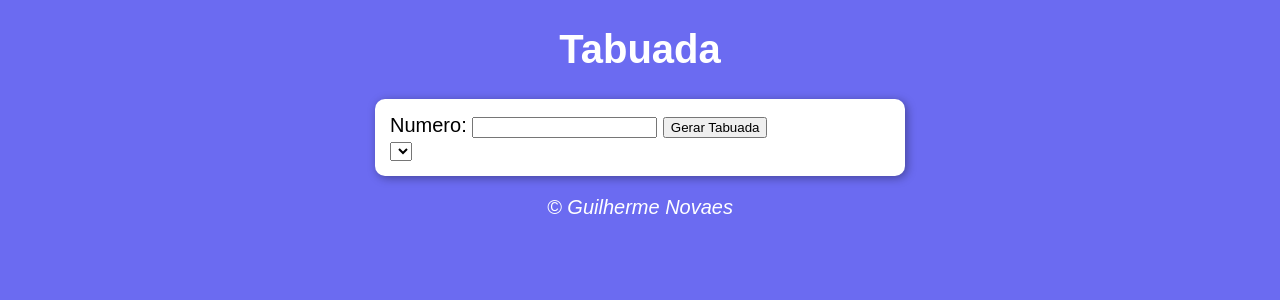
Repository: Guilherme-RNovaes/JavaScript-Curso
Page: Aula 14ex/ex017/index.html
These files come from the project's save history. The page is drawn as it stood at one moment and after the next save; the edit follows.
The browser window is 1280 px wide. The pictures show the whole page.

Above is the page before, as saved 2022-09-10 09:13:08.

### Aula 14ex/ex017/index.html
<!DOCTYPE html>
<html lang="pt-br">
<head>
    <meta charset="UTF-8">
    <meta http-equiv="X-UA-Compatible" content="IE=edge">
    <meta name="viewport" content="width=device-width, initial-scale=1.0">
    <title>Modelo de Exercício</title>
    <link rel="stylesheet" href="src/Style/style.css">
</head>
<body>
    <header>
        <h1>Tabuada</h1>
    </header>
    <section>
        <div>
            Numero: <input type="number" name="tabuada" id="tabuada">
            <button>Gerar Tabuada</button>
        </div>
        <div>
            <select name="tabres" id="tabres"><p>Digite um número acima</p></select>
        </div>
    </section>
    <footer>
        <p>&copy; Guilherme Novaes</p>
    </footer>
    <script src="script.js"></script>
</body>
</html>

### Aula 14ex/ex017/src/Style/style.css
body{
    background-color: rgb(107, 107, 241);
    font: normal 15pt Arial;
}
header {
    color: white;
    text-align: center;
}

section{
    background-color: white;
    border-radius: 10px;
    padding: 15px;
    width: 500px;
    margin: auto;
    box-shadow: 2px 2px 10px rgba(0, 0, 0, 0.36);
}

footer{
    color: white;
    text-align: center;
    font-style: italic;
}

div img{
    width: 250px;
    height: 250px;
    border-radius: 100%;
}

Loaded but not shown: Aula 14ex/ex017/script.js (no stored copy; drawn as an empty file)

After the next save:
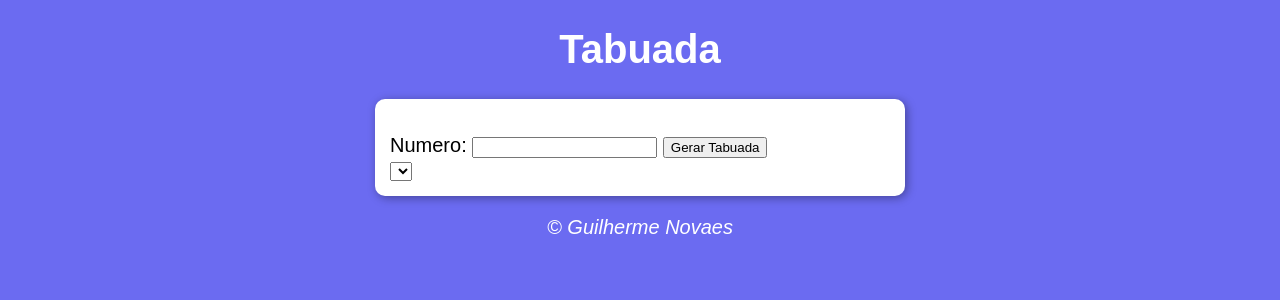
Saved 17 min 26 s later.
--- a/Aula 14ex/ex017/index.html
+++ b/Aula 14ex/ex017/index.html
@@ -13,7 +13,7 @@
     </header>
     <section>
         <div>
-            Numero: <input type="number" name="tabuada" id="tabuada">
+            <p></p> Numero: <input type="number" name="tabuada" id="tabuada">
             <button>Gerar Tabuada</button>
         </div>
         <div>
